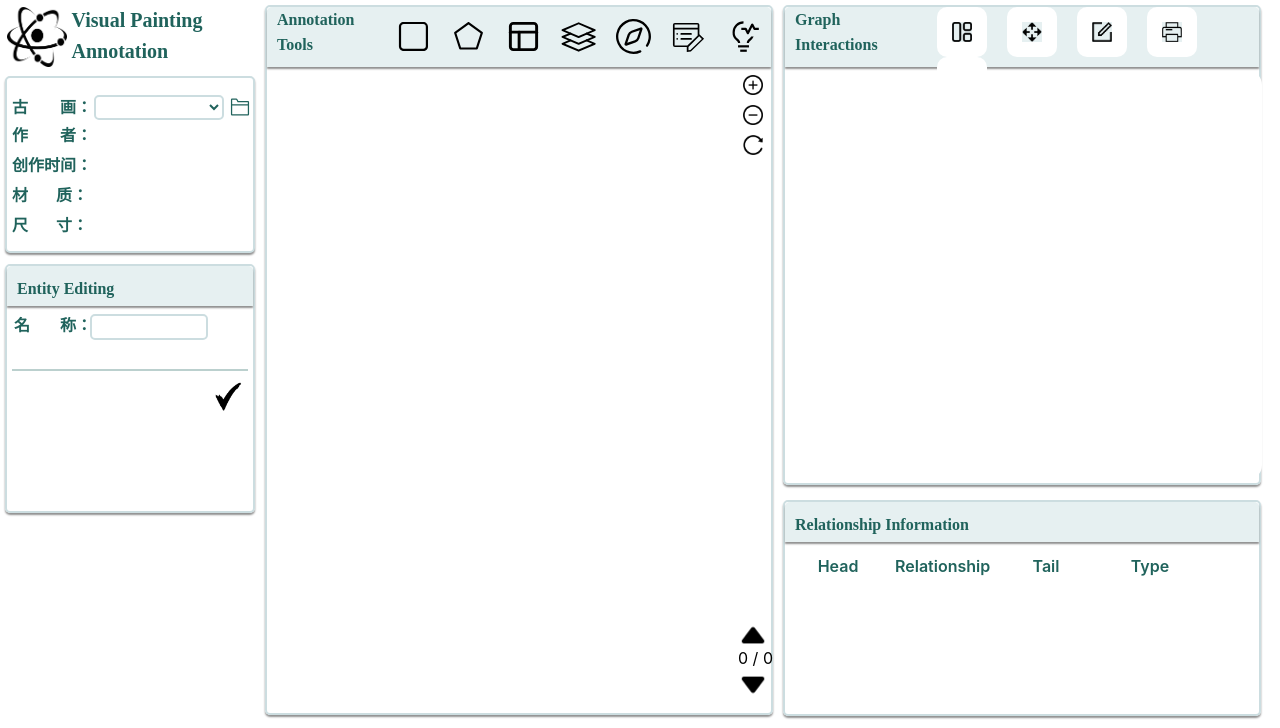
Repository: cailbh/ImageLabelTool
Page: /
The author's editor kept a copy of each file at every save. The page is drawn from the files as they stood at one save, then again after the next save.
The browser window is 1280 px wide. The pictures show the whole page.
The project was rebuilt for these pictures with package versions that can differ from the ones it lists, and the page was loaded fresh each time.

Above is the page before, as saved 2022-10-30 18:15:30.

### src/index.tsx
import React from 'react';
import ReactDOM from 'react-dom/client';
import './index.css';
import UI from './View';

const root = ReactDOM.createRoot(
  document.getElementById('root') as HTMLElement
);
root.render(
  <React.StrictMode>
    <UI />
  </React.StrictMode>
);

### src/index.css
* {
  margin: 0;
  font-family: -apple-system, BlinkMacSystemFont, 'Segoe UI', 'Roboto', 'Oxygen',
    'Ubuntu', 'Cantarell', 'Fira Sans', 'Droid Sans', 'Helvetica Neue',
    sans-serif;
  -webkit-font-smoothing: antialiased;
  -moz-osx-font-smoothing: grayscale;
  padding: 0;
  user-select: none;
}

code {
  font-family: source-code-pro, Menlo, Monaco, Consolas, 'Courier New',
    monospace;
}

html, body, #root {
  width: 100%;
  height: 100%;
  /* background: rgb(237,241,241); */
  background: rgb(255,255,255);
}

#root {
  /* display: flex; */
  /* flex-direction: row; */

}

### src/View/index.tsx
/**
 * 该组件负责图像视图与网络图视图的通信：
 *
 */

import React from "react";
// import ImageView from "./ImageView";
import GraphView from "./GraphView";
import LabelView from "./LabelView";
import { Entity, EntityArray, Relationship, RelationshipArray } from '../lib/interface'
import { EntityArrayContextProvider, useEntityArray, useEntityArrayUpdate } from "../lib/context";
import { RelationshipArrayContextProvider, useRelationshipArray, useRelationshipArrayUpdate } from "../lib/context";
import { InfoContextProvider, useInfo, useInfoUpdate } from "../lib/context";
import { MemoArrayContextProvider, useMemoArray, useMemoArrayUpdate } from "../lib/context";


export default function UI() {
    return (
        <React.StrictMode>
            <InfoContextProvider>
                <RelationshipArrayContextProvider>
                    <EntityArrayContextProvider>
                        <MemoArrayContextProvider>
                            {/* <ImageView></ImageView> */}

                            <LabelView></LabelView>
                            {/* <GraphView></GraphView> */}
                        </MemoArrayContextProvider>
                    </ EntityArrayContextProvider >
                </RelationshipArrayContextProvider>
            </InfoContextProvider>
        </React.StrictMode>
    )
}

### src/View/LabelView.tsx
import React from "react";
import LabelDisplay from "../component/LabelDisplay/index";
import LabelTool from "../component/LabelTool/index";
import ViewCard from "./ViewCard";

export default function LabelView() {
    return (
        // <ViewCard
        //     top={(
        //         <LabelTool></LabelTool>
        //     )}
        //     body={(
        <LabelDisplay></LabelDisplay>
        //     )}
        // />
    )
}

### src/lib/context.tsx
import React, { useContext, useState } from 'react';
import { MemoArray, Relationship, RelationshipArray, EntityArray, Entity, Info } from './interface'
import { arrayBuffer } from 'stream/consumers';


const entityContext = React.createContext<EntityArray>({ array: [] });
const EntityUpdateContext = React.createContext(null);

export const useEntityArray = () => useContext(entityContext);
export const useEntityArrayUpdate = () => useContext(EntityUpdateContext);
export const EntityArrayContextProvider = ({ children }) => {
    const [entityArray, setEntityArray] = useState<Entity[]>([]);
    const updateEntityArray = (entityArray) => {
        setEntityArray([...entityArray])
    }
    return (
        <entityContext.Provider value={{ array: entityArray }}>
            <EntityUpdateContext.Provider value={updateEntityArray}>
                {children}
            </EntityUpdateContext.Provider>
        </entityContext.Provider>
    );
};

const relationshipContext = React.createContext<RelationshipArray>({ array: [] });
const relationshipUpdateContext = React.createContext(null);

export const useRelationshipArray = () => useContext(relationshipContext);
export const useRelationshipArrayUpdate = () => useContext(relationshipUpdateContext);
export const RelationshipArrayContextProvider = ({ children }) => {
    const [RelationshipArray, setRelationshipArray] = useState<Relationship[]>([]);
    const updateRelationshipArray = (RelationshipArray) => {
        setRelationshipArray([...RelationshipArray])
    }
    return (
        <relationshipContext.Provider value={{ array: RelationshipArray }}>
            <relationshipUpdateContext.Provider value={updateRelationshipArray}>
                {children}
            </relationshipUpdateContext.Provider>
        </relationshipContext.Provider>
    );
};


const memoContext = React.createContext<MemoArray>({ entArray: [], relArray: [] });
const memoUpdateContext = React.createContext(null);

export const useMemoArray = () => useContext(memoContext);
export const useMemoArrayUpdate = () => useContext(memoUpdateContext);
export const MemoArrayContextProvider = ({ children }) => {
    const [entArray, setEntArray] = useState<Entity[]>([]);
    const [relArray, setRelArray] = useState<Relationship[]>([]);
    const updateMemoArray = (entArray, relArray) => {
        setEntArray([...entArray])
        setRelArray([...relArray])
    }
    return (
        <memoContext.Provider value={{ entArray: entArray, relArray: relArray }}>
            <memoUpdateContext.Provider value={updateMemoArray}>
                {children}
            </memoUpdateContext.Provider>
        </memoContext.Provider>
    );
};

const infoContext = React.createContext<Info>(null);
const InfoUpdateContext = React.createContext(null);

export const useInfo = () => useContext(infoContext);
export const useInfoUpdate = () => useContext(InfoUpdateContext);
export const InfoContextProvider = ({ children }) => {
    const [info, setInfo] = useState<Info>();
    const updateInfo = (infoArray) => {
        setInfo(infoArray)
    }
    return (
        <infoContext.Provider value={info}>
            <InfoUpdateContext.Provider value={updateInfo}>
                {children}
            </InfoUpdateContext.Provider>
        </infoContext.Provider>
    );
};

### src/component/LabelDisplay/graph.css
#graph{
width: 100%;
height: calc(100% - 66px);
overflow: 'auto';
background: #fff;
box-sizing: border-box;
border-radius: 15px;
display: inline-block;
margin: 3px;
text-align: left;
position: relative;
}
.graphRoot{
    background: rgba(237,241,241,0);
    position: relative;
    height: 100%;
    width: calc(40% - 10px);
    float: left;
}
.horizontal_graphRoot{
    background: rgba(237,241,241,0);
    position: relative;
    height: 45%;
    width: calc(100% - 254px);
    float: left;
}
.graphCantain{
    position: relative;
    height: calc(100% - 0px);
    float: left;
    width: calc(100% - 0px);
    background: rgba(237,241,241,0);
    /* padding: 10px; */
}
.graphHead{
    width: 100%;
    height: 60px;
    background: rgba(0,0,0,0);
    float: left;
    position: relative;
    z-index: 999999;
    border-top-left-radius: 5px;
    border-top-right-radius: 5px;
    background-color: rgba(230,240,241,1);
    filter: progid:DXImageTransform.Microsoft.Shadow(color=#909090,direction=120,strength=4);
    box-shadow: 0px 2px 2px #909090;
}
.graphLogo h5{
    width: 70%;
    float: left;
    color: rgb(32,99,92);
    text-align: left;
    font-weight: 600;
    font-size: 16px;
    line-height: 1.35;
    font-variant: tabular-nums;
    line-height: 1.5715;
    font-feature-settings: "tnum";
    font-family: SourceHanSerifCN-Heavy, SourceHanSerifCN;
}

.graphLogo {
    float: left;
    width: 20%;
    height: 100%;
    margin-left: 10px;
}
.graphAssistFeatures{
    float: right;
    height: 100%;
    width: 30%;
}
.toolBut {
    height: 100%;
    text-align: center;
    /* padding: 4px; */
    width: 50px;
    float: left;
    margin: 1px 10px 0px 10px;
}

.graphToolBut {
    width: 35px;
    height: 35px;
    margin: 15px 15px 5px 25px;
    cursor: pointer;
    -webkit-border-radius: 5px;
    -moz-border-radius: 5px;
    border-radius: 5px;
    font-size: 15px;
    font-style: normal;
    color: #000;
    line-height: 36px;
    text-align: center;
    float: left;
    display: flex;
    justify-content: center;
    align-items: center;
    height: calc(100% - 20px);
    text-align: center;
    padding: 5px;
    border: 1px #696969 solid;
    width: 40px;
    float: right;
    margin: 5px 2px 5px 2px;
}
.graphToolBut:hover {
    background: #767a84;
    color: #fff;
}

#attributeDiv{
    /* background: url(../../assets/imgs/toolsback.png) no-repeat 0 0;
    background-size: 100%; */
    /* background: #fff; */
    background: rgba(237,241,241,0);
    -webkit-box-sizing: border-box;
    -moz-box-sizing: border-box;
    box-sizing: border-box;
    border-radius: 5px;
    /* display: inline-block; */
    width: calc(100% - 24px);
    margin: 5px;
    height: calc(30% - 0px);
    margin-top: 10px;
    /* border-image: url(../../assets/imgs/scaleCanvas.png); */
    border-image-slice: 151;
    border-image-width: 20px 1px;

    /* border: 1px solid #b8becc; */
    -webkit-box-sizing: border-box;
    -moz-box-sizing: border-box;
    box-sizing: border-box;
    float: left;

    border: 2px solid rgb(204,221,224);
    filter:progid:DXImageTransform.Microsoft.Shadow(color=#909090,direction=120,strength=4);
    -moz-box-shadow: 0px 2px 10px #909090;
    -webkit-box-shadow: 0px 2px 10px #909090;
    box-shadow:0px 2px 2px #909090
}
#graphDiv{
    /* background: url(../../assets/imgs/toolsback.png) no-repeat 0 0;
    background-size: 100%; */
    background: rgba(237,241,241,0);
    -webkit-box-sizing: border-box;
    -moz-box-sizing: border-box;
    box-sizing: border-box;
    border-radius: 5px;
    /* display: inline-block; */
    width: calc(100% - 24px);
    margin: 5px;
    /* margin-bottom: 10px; */
    height: calc(70% - 24px);
    border-radius: 5px;
    float: left;
    border: 2px solid rgb(204,221,224);
    filter:progid:DXImageTransform.Microsoft.Shadow(color=#909090,direction=120,strength=4);
    -moz-box-shadow: 0px 2px 10px #909090;
    -webkit-box-shadow: 0px 2px 10px #909090;
    box-shadow:0px 2px 2px #909090
}
#attributeBox{
    width: calc(50% - 4px);
    height: calc(100% - 2px);
    overflow: 'auto';
    margin: 2px 1px;
    float: left;
}
#relationshipBox{
    width: calc(100% - 4px);
    height: calc(100% - 47px);
    /* width: 100%; */
    /* height: 100%; */
    background: #fff;
    overflow: 'auto';
    float: left;
    margin: 2px 1px;
    border-radius: 15px;
}
#relationshipBoxHead{
    background-color: rgba(230,240,241,1);
    color: rgba(32,99,92,1);
    height: 40px;
    border-top-left-radius: 5px;
    border-top-right-radius: 5px;
    box-shadow: 0px 2px 2px #909090;
}
.but {
    display: flex;
    flex-direction: column;
    height: 40px;
    width:40px;
    justify-content: center;
    float: left;
}
.butContain{
    width: 10px;
    height: 100px;
    position: absolute;
    z-index: 9999;
    display: none;
}
.graphToolsDiv{
    width: 70%;
    height: 100%;
    float: right;
    /* display: flex; */
    justify-content: center;
    align-items: center;
}
.graphTool {
    background-color: #fff ;
    width: 50px;
    height: 50px;
    margin: 0px 10px;
    border: 15px #fff solid;
    border-radius: 10px;
    cursor: pointer;
    float: left;
    text-align: center;
}
.graphTool h5{
    font-style: normal;
    color: #000;
    line-height: 36px;
    text-align: center;
    font-size: 0;
}
.graphTool h5:hover{
    font-size: 12px;
}
.graphToolSet:hover {
    background: #767a84;
    color: #fff;
}
.graphToolSet.focus {
    background: #767a84;
    color: #fff;
}
#graphTools{
    float: right;
    /* height: 100%; */
    /* width: 60%; */
    /* height: 50px; */
    /* float: left; */
    position: relative;
    z-index: 999999;
    /* filter:progid:DXImageTransform.Microsoft.Shadow(color=#909090,direction=120,strength=4);
    -moz-box-shadow: 2px 2px 10px #909090;
    -webkit-box-shadow: 2px 2px 10px #909090;
    box-shadow:2px 2px 10px #909090; */
    border-top-left-radius: 10px;
    border-top-right-radius: 10px;
}
#layoutDiv{
    height: 50px;
    width: 100px;
    background: #ffffff;
    top:75px;
    position: absolute;
    display: flex;
    justify-content: center;
    align-items: center;
    /* border-top-left-radius: 10px;
    border-top-right-radius: 10px; */
    /* border: 5px #000 solid; */
    right: calc(70% - 230px);
    z-index: -999;
}
#layouts{
    float: right;
    /* height: 100%;
    width: 100%; */
    /* float: left; */
    position: relative;
    /* filter:progid:DXImageTransform.Microsoft.Shadow(color=#909090,direction=120,strength=4);
    -moz-box-shadow: 2px 2px 10px #909090;
    -webkit-box-shadow: 2px 2px 10px #909090;
    box-shadow:2px 2px 10px #909090; */
    /* border-top-left-radius: 10px;
    border-top-right-radius: 10px; */
}
#entity-table{
    width: calc(100% - 6px);
    height: calc(100% - 6px);
    border: 2px solid rgba(50, 50, 50, 0.2);
    box-sizing: border-box;
    border-radius: 5px;
    display: inline-block;
    margin: 3px;
    background: rgb(255,255,255);
}
.tableEntity{
    height: 100% !important
}

.tableRelationship{
    height: 100% !important
}
.rs-table-body-row-wrapper{
    height: 100% !important
}
#relationship-table{
    width: calc(100% - 0px);
    height: calc(100% - 0px);
    /* border: 2px solid rgba(50, 50, 50, 0.2); */
    /* box-sizing: border-box; */
    border-radius: 15px;
    display: inline-block;
    /* margin: 3px; */
    background: rgb(255,255,255);
}

.toolLayout{
    font-size:0;
    overflow:hidden;
    background: url("../../assets/imgs/tool-layout.png");
    background-size: cover;
}
.toolEdit{
    font-size:0;
    overflow:hidden;
    background: url("../../assets/imgs/tool-edit.png");
    background-size: cover;
}
.toolDrop{
    font-size:0;
    overflow:hidden;
    background: url("../../assets/imgs/tool-drop.png");
    background-size: cover;
}
.toolAdd{
    font-size:0;
    overflow:hidden;
    background: url("../../assets/imgs/tool-add.png");
    background-size: cover;
}

.toolDel{
    font-size:0;
    overflow:hidden;
    background: url("../../assets/imgs/tool-del.png");
    background-size: cover;
}

.toolUndo{
    font-size:0;
    overflow:hidden;
    background: url("../../assets/imgs/tool-undo.png");
    background-size: cover;
}

.toolRedo{
    font-size:0;
    overflow:hidden;
    background: url("../../assets/imgs/tool-redo.png");
    background-size: cover;
}

.toolPrint{
    font-size:0;
    overflow:hidden;
    background: url("../../assets/imgs/tool-download.png");
    background-size: cover;
}
.graphTool:hover{
    font-size:14px;
    text-align: center;
    font-weight: 520;
    background: rgb(0,0,0,0);
}
.layoutSet{
    width: 20px;
    height: 20px;
    margin:5px;
    font-size:0;
    overflow:hidden;

    cursor: pointer;
    float: left;
}

.toolCrossLayout{
    background: url(../../assets/imgs/layout-cross.png);
    background-size: cover

}
.toolForceLayout{
    background: url(../../assets/imgs/layout-force.png);
    background-size: cover

}
.toolDragLayout{
    background: url(../../assets/imgs/layout-drag.png);
    background-size: cover

}
.layoutSet:hover {
    background: rgba(0,0,0,0);
    font-size: 10px;
    font-style: normal;
    color: #000;
    line-height: 6px;
    text-align: center;
    float: left;
    display: flex;
    justify-content: center;
    align-items: center;
    text-align: center;
}
.entInput{
    background: rgba(0,0,0,0);
    border: 0;
    text-align: center;
    width: 50%;
    height: 100%;
    float: left;
}
.entInput :focus{
    background: rgba(0,0,0,0);
    border: 0;
    text-align: center;
    width: 50%;
    float: left;
    height: 100%;
}

### src/lib/tasks.tsx
export default class Task {
    id: string;
    name: string;
    size: string;
    texture: string;
    time: string;
    author: string;
    constructor(options) {
        this.id = "";
        this.name = "";
        this.size = "";
        this.texture = "";
        this.time = "";
        this.author = ""
    }
}

### src/lib/interface.tsx
export class EntityArray {
    array: Array<Entity>;
}
export class RelationshipArray {
    array: Array<Relationship>;
}
export class MemoArray {
    relArray: Array<Relationship>;
    entArray: Array<Entity>;
}
export class Entity {
    name: string;
    id: string;
    type: string;
    x: number;
    y: number;
    //图片绘制起始位置
    ix: number;
    iy: number;
    //标注绘制起始位置
    lx: number;
    ly: number;
    // 图片宽度
    iWidth: number;
    // 图片高度
    iHeight: number;
    //图片缩放
    iScale: number;
    visAble: boolean;
    labels: any;
    content: any;
    contentType: string;
    labelLocation: any;
    rgb: string;
    visibility: boolean;
    trend: any;
    trendIndex: number;
    centerPoint: any;
    rectMask: any;
    color: string;
    describe: string;
    attribute: any;
    active: boolean;
    children: any;
    constructor(myName: string) { //定义带参数的构造函数
        this.name = myName;
    }
}


export class Relationship {
    name: string;
    id: string;
    type: string;
    targetId: string;
    sourceId: string;
    color: string;
    weight: number;
    visAble: boolean
    // constructor(myName: string) { //定义带参数的构造函数
    //     this.name = myName;
    // }
}

export class Info {
    changeState: number;
}

export default class LabelState {
    //任务名称
    taskName: string;
    //文件列表
    imgFiles: any;
    //图片总数
    imgSum: number;
    //选择图片下标
    imgIndex: number;
    cWidth: number;
    cHeight: number;
    // 缩略图宽度
    sWidth: number;
    // 缩略图高度
    sHeight: number;
    // 图片宽度
    iWidth: number;
    // 图片高度
    iHeight: number;
    // 图片拖拽至边缘最小显示
    appearSize: number;
    // 缩放布进
    scaleStep: number;
    // 最小缩放比例
    minScale: number;
    // 最大缩放比例
    maxScale: number;
    // 图片在画板中的横坐标
    x: number;
    // 图片在画板中的纵坐标
    y: number;
    // 鼠标当前画板中的横坐标
    mouseX: number;
    // 鼠标当前画板中的纵坐标
    mouseY: number;
    // 拖动过程中，鼠标前一次移动的横坐标
    prevX: number;
    // 拖动过程中，鼠标前一次移动的纵坐标
    prevY: number;
    // 缩放比例
    scale: number;
    // 鼠标在图片中的横坐标
    ix: number;
    // 鼠标在图片中的纵坐标
    iy: number;
    // 矩形框起点横坐标
    rectX: number;
    // 矩形框起点纵坐标
    rectY: number;
    // 绘制多边形的圆点半径
    radius: number;

    // 绘制线段宽度
    lineWidth: number;

    //绘制区域模块透明度
    opacity: number;

    // 定时器
    timer: any;

    // 结果是否被修改
    isModify: boolean;

    // 是否全屏
    isFullScreen: boolean;

    // 是否移动图像标注圆点
    isDragCircle: boolean;

    // 当前点击圆点index
    snapCircleIndex: number;

    // 用于在拖拽或者缩放时，让绘制至存储面板的数据，只绘制一次
    drawFlag: boolean;

    // 监听滚动条缩放是否结束的定时器
    mousewheelTimer: null;

    // 历史记录下标
    historyIndex: number;
    Arrays: any;
    Nodes: any;
    Features: any;

}

### src/axios/index.ts
import entityRecognize from './api/entityRecognize';

export * from './api/entityRecognize'; // 目标识别
// export * from './api/img'; // 图片
export default {
    entityRecognize
}

### src/component/GraphRelationship/index.css
.smallInput  {
    width: 90%;
    border-radius: 10px;
    border: 1.5px #ccc solid;
    /* margin: 5px; */
    margin-left: 15px;
    color: rgb(32,99,92);
    font-weight: 600;
    font-size: 16px;
    line-height: 1.35;
    font-variant: tabular-nums;
    line-height: 1.5715;
    font-feature-settings: "tnum";
    font-family: SourceHanSerifCN-Heavy, SourceHanSerifCN;
}
.relRow{
    width: 20% !important;
    margin: 5px;
    padding: 0px !important;
}
.relBut{
    margin: 5px;
    padding: 0px !important;
}
.relationship-table-head-co{
    width: 20%;
    height: calc(100% - 10px);
    float: left;
    margin: 5px;
    text-align: center;
}
.confirmButton{
    width: 40px;
    height: 20px;
    /* margin: 5px; */
    border-radius: 15px;
    float: left;
    border: 0px;
    background-color: rgb(32,99,92);
    color: #fff;
    text-align: center;
    font-weight: 600;
    font-size: 12px;
    font-variant: tabular-nums;
    line-height: 1.5715;
    font-feature-settings: "tnum";
    font-family: SourceHanSerifCN-Heavy, SourceHanSerifCN;
}
.deleteButton{
    width: 40px;
    height: 20px;
    /* margin: 5px; */
    border-radius: 15px;
    float: left;
    border: 0px;
    background-color: rgb(32,99,92);
    color: #fff;
    text-align: center;
    font-weight: 600;
    font-size: 12px;
    font-variant: tabular-nums;
    line-height: 1.5715;
    font-feature-settings: "tnum";
    font-family: SourceHanSerifCN-Heavy, SourceHanSerifCN;
}
#bigInput {
    color:#333;
    height: 60px;
    line-height:normal;
    font-family:"Microsoft YaHei",Tahoma,Verdana,SimSun;
    font-style:normal;
    font-variant:normal;
    font-size-adjust:none;
    font-stretch:normal;
    font-weight:normal;
    margin-top:0px;
    margin-bottom:0px;
    margin-left:0px;
    padding-top:4px;
    padding-right:4px;
    padding-bottom:4px;
    padding-left:4px;
    font-size:15px;
    outline-width:medium;
    outline-style:none;
    outline-color:invert;
    border-top-left-radius:3px;
    border-top-right-radius:3px;
    border-bottom-left-radius:3px;
    border-bottom-right-radius:3px;
    text-shadow:0px 1px 2px #fff;
    background-attachment:scroll;
    background-repeat:repeat-x;
    background-position-x:left;
    background-position-y:top;
    background-size:auto;
    background-origin:padding-box;
    background-clip:border-box;
    background-color:rgb(255,255,255);
    margin-right:8px;
    border-top-color:#ccc;
    border-right-color:#ccc;
    border-bottom-color:#ccc;
    border-left-color:#ccc;
    border-top-width:1px;
    border-right-width:1px;
    border-bottom-width:1px;
    border-left-width:1px;
    border-top-style:solid;
    border-right-style:solid;
    border-bottom-style:solid;
    border-left-style:solid;
}
.relationship-table-head{
    height: 40px;
    color: rgb(32,99,92);
    /* background: rgb(210,225,230); */
    font-weight: 600;
    text-align: center;
    font-size: 16px;
    line-height: 1.35;
    font-variant: tabular-nums;
    line-height: 1.5715;
    font-feature-settings: "tnum";
    font-family: SourceHanSerifCN-Heavy, SourceHanSerifCN;
    /* border-top-left-radius: 15px;
    border-top-right-radius: 15px; */
}
.relationship-table-body{
    height: calc(100% - 40px);
    overflow:scroll;
    scrollbar-width: none;
}

### src/axios/api/entityRecognize/index.ts
import { get, put, post, del } from '../../http';
import axios from 'axios'
import{base} from '../config'
import {message} from 'antd'
import cookie from 'react-cookies'
export const getImg = (data: any) => get({ url: '/recognize/', data }); //
export const postImg = (data: any) => post({ url: '/recognize/', data }); //
export const updateImg = (data: any) => put({ url: '/recognize/', data });

export default{
    //测试
    async testApi(params){
        return await axios.get(`${base}/hi`,params) .then((res)=>{
            return res.data;
        }).catch((error)=>{
            message.error("服务器出错")
        })
    },
    //目标检测
    async entityRecognizeApi(params){
        return await axios.post(`${base}/predict_bbx`,params).then((res)=>{
            return res.data;
        }).catch((error)=>{
            message.error("服务器出错")
        })
    },

}

### src/axios/config.ts
export const rootURL = ''

export const ServerCode = {
    SUCCESS: 0,
    CONTINUE: 400,
    WRONG_PARAM: 401,
    WRONG_REQUEST: 402,
    FORBIDDEN: 403,
    WRONG_URL: 404,
    NO_LOGIN: 406,
    TIME_OUT: 408,
    WRONG_REQUEST_MODAL: 410,
    AUTO_SAVE_ERROR_CODE: 411, // 自动暂存code
    PROCESS_ERROR: 412, // 任务进度错误
    WRONG_SERVER: 500,
    WRONG_REALIZE: 501,
    WRONG_GATEWAY: 502,
    BAD_SERVER: 503,
    GATEWAY_TIME_OUT: 504,
    WRONG_VERSION: 505
};

export const SubCode = {
    OPERATION_FAILED: 410001,
    TASK_HAS_EXPIRED_OR_SUBMITTED: 400001
};

export const ServerCodeMap = {
    [ServerCode.SUCCESS]: '成功',
    [ServerCode.CONTINUE]: '继续', // 传递指定“继续参数”即可成功
    [ServerCode.WRONG_PARAM]: '参数格式出错',
    [ServerCode.WRONG_REQUEST]: '请求出错',
    [ServerCode.FORBIDDEN]: '拒绝访问',
    [ServerCode.WRONG_URL]: '请求地址出错',
    [ServerCode.NO_LOGIN]: '未登录',
    [ServerCode.TIME_OUT]: '请求超时',
    [ServerCode.WRONG_SERVER]: '服务器内部错误',
    [ServerCode.WRONG_REALIZE]: '服务未实现',
    [ServerCode.WRONG_GATEWAY]: '网关错误',
    [ServerCode.BAD_SERVER]: '服务不可用',
    [ServerCode.GATEWAY_TIME_OUT]: '网关超时',
    [ServerCode.WRONG_VERSION]: 'HTTP版本不受支持'
};

export const RedirectMap = {
    [ServerCode.FORBIDDEN]: '/403'
};

Loaded but not shown: public/index.html (common file); src/lib/uuid.js (8 lines, source omitted); src/axios/api/config.js (3 lines, source omitted); src/component/LabelDisplay/index.tsx (3951 lines, source omitted); src/component/LabelDisplay/index.css (1891 lines, source omitted); src/component/GraphRelationship/index.tsx (223 lines, source omitted); src/component/AttributeInput/index.tsx (170 lines, source omitted); src/axios/http.ts (147 lines, source omitted); src/lib/webAnnotate.tsx (280 lines, source omitted); src/component/AttributeInput/index.css (169 lines, source omitted)

After the next save:
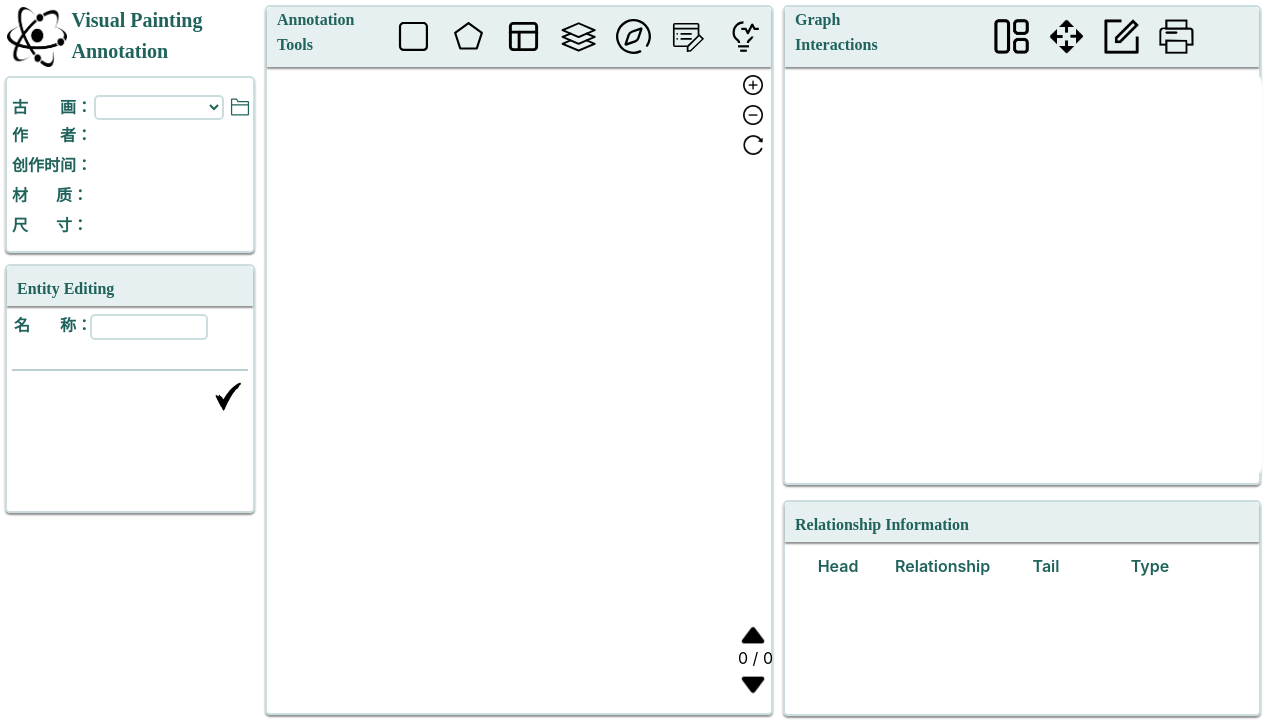
Saved 4 min 49 s later.
--- a/src/component/LabelDisplay/graph.css
+++ b/src/component/LabelDisplay/graph.css
@@ -210,12 +210,10 @@ position: relative;
     align-items: center;
 }
 .graphTool {
-    background-color: #fff ;
-    width: 50px;
-    height: 50px;
-    margin: 0px 10px;
-    border: 15px #fff solid;
-    border-radius: 10px;
+    /* background-color: #fff ; */
+    width: 35px;
+    height: 35px;
+    margin: 12px 10px;
     cursor: pointer;
     float: left;
     text-align: center;
